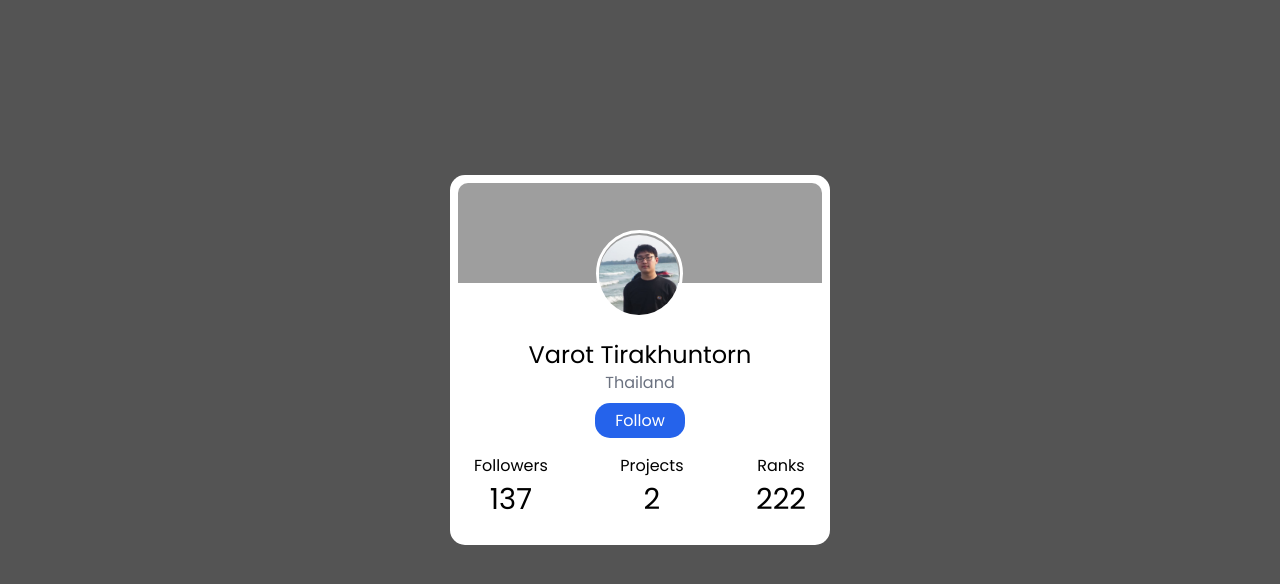
Repository: varotsk137/INT203_62130500080
Page: 62130500080_groupwork_2/myprofile.html
An editor plug-in stored every save of this project. The page is shown before and after the next save, followed by the edit.
The browser window is 1280 px wide. The pictures show the whole page.
Pictures or frames that could not be fetched are drawn as grey boxes.

Above is the page before, as saved 2021-02-03 11:03:24.

### 62130500080_groupwork_2/myprofile.html
<!DOCTYPE html>
<html lang="en">

<head>
  <meta charset="UTF-8" />
  <meta name="viewport" content="width=device-width, initial-scale=1.0" />
  <title>Basic Vue Js - HelloWorld App</title>

  <!-- https://google.github.io/material-design-icons/#icon-font-for-the-web -->
  <!-- Using via Google Web Fonts -->
  <link href="https://fonts.googleapis.com/icon?family=Material+Icons" rel="stylesheet" />

  <!-- https://tailwindcss.com/docs/installation -->
  <!-- Using Tailwind via CDN -->
  <link href="https://unpkg.com/tailwindcss@^2/dist/tailwind.min.css" rel="stylesheet" />

  <!-- https://v3.vuejs.org/guide/installation.html#release-notes -->
  <!-- Vue CDN -->
  <script src="https://unpkg.com/vue@next"></script>

  <style>
    @import url("https://fonts.googleapis.com/css2?family=Poppins:weight@100;200;300;400;500;600;700;800&display=swap");

    body {
      background-color: #545454;
      font-family: "Poppins", sans-serif;
      font-weight: 300
    }

    .container {
      height: 100vh
    }

    .card {
      width: 380px;
      border: none;
      border-radius: 15px;
      padding: 8px;
      background-color: #fff;
      position: relative;
      height: 370px
    }

    .upper {
      height: 100px
    }

    .upper img {
      width: 100%;
      border-top-left-radius: 10px;
      border-top-right-radius: 10px
    }

    .user {
      position: relative
    }

    .profile img {
      height: 80px;
      width: 80px;
      margin-top: 2px
    }

    .profile {
      position: absolute;
      top: -53px;
      left: 38%;
      height: 87px;
      width: 87px;
      border: 3px solid #fff;
      border-radius: 50%
    }

    .follow {
      border-radius: 15px;
      padding-left: 20px;
      padding-right: 20px;
      height: 35px
    }

    .stats span {
      font-size: 29px
    }
  </style>
</head>

<body>
  <div id="app" class="container flex justify-center items-center">
    <div class="card">
      <div class="upper"> <img :src="bg" class="h-full"> </div>
      <div class="user text-center justify-center">
        <div class="profile"> <img :src="me" class="rounded-full" width="80"> </div>
      </div>
      <div class="mt-14 text-center">
        <h4 class="mb-0 text-2xl">{{ name }}</h4> <span class="text-muted block mb-2 text-gray-500">{{ location }}</span> <button
          class="follow text-white bg-blue-600 hover:bg-blue-700 transition ease-in-out duration-500">Follow</button>
        <div class="flex justify-between items-center mt-4 px-4">
          <div class="stats">
            <h6 class="mb-0">Followers</h6> <span>{{ follower }}</span>
          </div>
          <div class="stats">
            <h6 class="mb-0">Projects</h6> <span>{{ projects }}</span>
          </div>
          <div class="stats">
            <h6 class="mb-0">Ranks</h6> <span>{{ ranks }}</span>
          </div>
        </div>
      </div>
    </div>
  </div>

  <!-- my main.js -->
  <script src="./profile.js"></script>
</body>

</html>

### 62130500080_groupwork_2/profile.js
const app = {
    data() {
        return {
                bg: "./images/bg.png"
            ,   me: "./images/me.jpg"
            ,   name: "Varot Tirakhuntorn"
            ,   location: "Thailand"
            ,   follower: 137
            ,   projects: 2
            ,   ranks: 222
        }
    }
    ,created() {
        console.log("message is: "+this.msg)
    }
    , updated (){
        console.log("message change to: "+this.msg)
    }


}


var mountedApp = Vue.createApp(app).mount('#app');

After the next save:
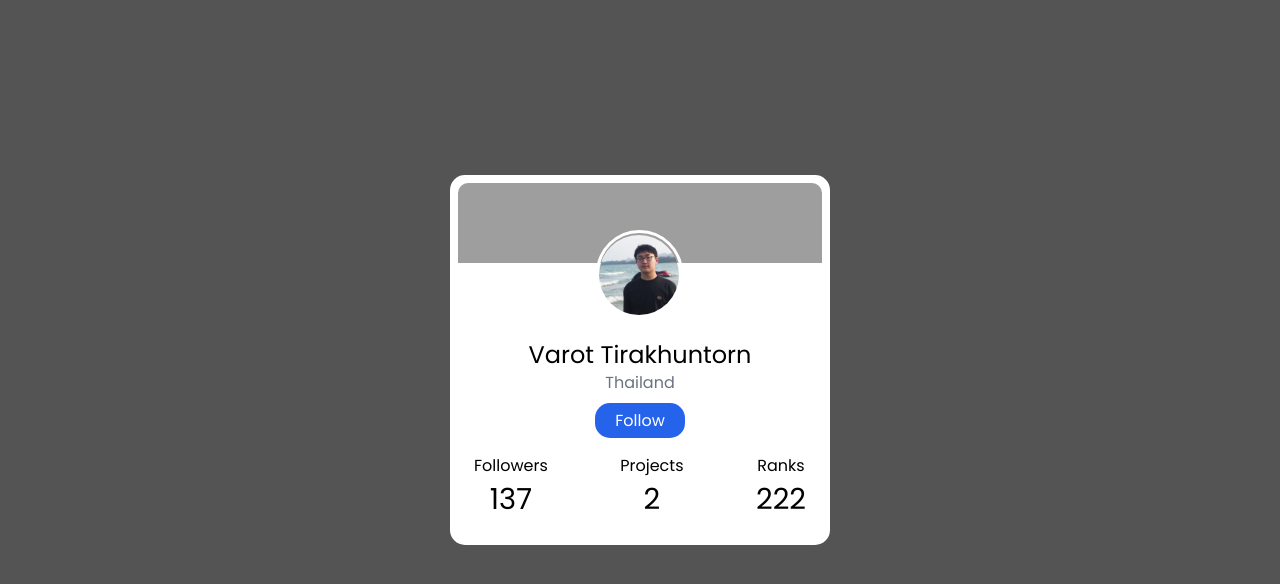
Saved 25 s later.
--- a/62130500080_groupwork_2/myprofile.html
+++ b/62130500080_groupwork_2/myprofile.html
@@ -87,7 +87,7 @@
 <body>
   <div id="app" class="container flex justify-center items-center">
     <div class="card">
-      <div class="upper"> <img :src="bg" class="h-full"> </div>
+      <div class="upper"> <img :src="bg" class="h-4/5"> </div>
       <div class="user text-center justify-center">
         <div class="profile"> <img :src="me" class="rounded-full" width="80"> </div>
       </div>
